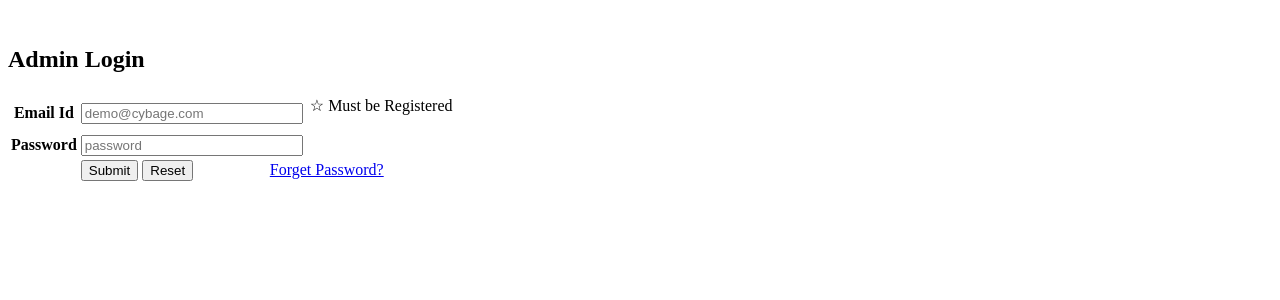
Repository: Dipak27/Dipak-s-front-end
Page: http://localhost/Traning_Management/login.jsp
The author's editor kept a copy of each file at every save. The page is drawn from the files as they stood at one save, then again after the next save.
The browser window is 1280 px wide. The pictures show the whole page.
The page is served by Tomcat 9. Other server files are loaded and not shown.

Above is the page before, as saved 2016-11-09 09:21:59.

### Training Management Project/Traning_Management/src/main/webapp/login.jsp
<!-- LOGIN CONTENTS START -->
	<div class="container_24">
		<div class="grid_24">
			<div class="contents">

			<div class="grid_18 omega">
						 &nbsp;&nbsp;<h2>Admin Login</h2>
							<div class="padding_20 text-justify">
								<form id="frmMain" class="frmMain" action="UserValidationServlet" method="post">
									<table class="form-table" style="width:auto">
										<tr>
											<th>
												Email Id
											</th>
											<td>
												<input id="email" type="text"  class="validate[required]" name="email" style="width:120%" placeholder="demo@cybage.com" value=""  />
											</td>
											<td>
													<ul class="news-ticker1"><span class="icon">&#9734;</span> Must be Registered</ul>
											</td>

										</tr>

										<tr>
											<th>
												Password
											</th>
											<td>
												<input id="password" type="password"  class="validate[required]" name="password" style="width:120%" placeholder="password" value=""  />
											</td>

										</tr>
										<tr>
											<th>
												&nbsp;
											</th>
											<td>
												<input id="Submit1" type="submit" value="Submit"  />
												<input id="Reset1" type="reset" value="Reset" onclick="this.form.clear();" />
											</td>
											<td>
													<a href="forgetpassword.jsp">Forget Password?</a>
											</td>
										</tr>

									</table>
								</form>
							</div>
						</div>

					<div class="clear"></div>
					</div>
				</div>
			</div>

				<div class="clear"></div>
				<div class="padding_20 text-justify">

				</div>

		</div>
	</div>
	<!-- CONTENTS END -->

After the next save:
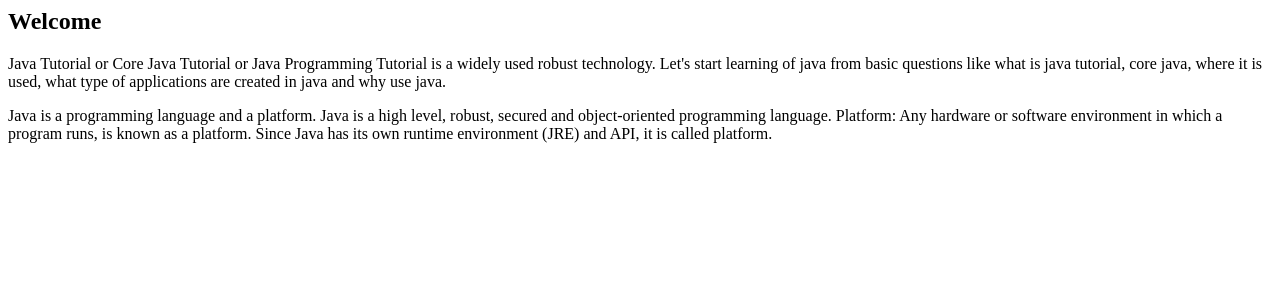
Saved 2 min 14 s later.
--- a/Training Management Project/Traning_Management/src/main/webapp/login.jsp
+++ b/Training Management Project/Traning_Management/src/main/webapp/login.jsp
@@ -1,63 +1,35 @@
-<!-- LOGIN CONTENTS START -->
+<!-- CONTENTS START -->
+
+
+
+
 	<div class="container_24">
+
 		<div class="grid_24">
 			<div class="contents">
 
-			<div class="grid_18 omega">
-						 &nbsp;&nbsp;<h2>Admin Login</h2>
-							<div class="padding_20 text-justify">
-								<form id="frmMain" class="frmMain" action="UserValidationServlet" method="post">
-									<table class="form-table" style="width:auto">
-										<tr>
-											<th>
-												Email Id
-											</th>
-											<td>
-												<input id="email" type="text"  class="validate[required]" name="email" style="width:120%" placeholder="demo@cybage.com" value=""  />
-											</td>
-											<td>
-													<ul class="news-ticker1"><span class="icon">&#9734;</span> Must be Registered</ul>
-											</td>
+				<div class="grid_24 omega">
+					<div class="padding_20 text-justify">
+								<h2>Welcome</h2>
+						  			<p> Java Tutorial or Core Java Tutorial or Java Programming Tutorial is a widely used robust technology. Let's start learning of java from basic questions like what is java tutorial, core java, where it is used, what type of
+						  			 applications are created in java and why use java.</p>
+						  			 <p>Java is a programming language and a platform.
 
-										</tr>
+Java is a high level, robust, secured and object-oriented programming language.
 
-										<tr>
-											<th>
-												Password
-											</th>
-											<td>
-												<input id="password" type="password"  class="validate[required]" name="password" style="width:120%" placeholder="password" value=""  />
-											</td>
+Platform: Any hardware or software environment in which a program runs, is known as a platform. Since Java has its own runtime environment (JRE) and API, it is called platform.</p>
 
-										</tr>
-										<tr>
-											<th>
-												&nbsp;
-											</th>
-											<td>
-												<input id="Submit1" type="submit" value="Submit"  />
-												<input id="Reset1" type="reset" value="Reset" onclick="this.form.clear();" />
-											</td>
-											<td>
-													<a href="forgetpassword.jsp">Forget Password?</a>
-											</td>
-										</tr>
 
-									</table>
-								</form>
-							</div>
-						</div>
-
-					<div class="clear"></div>
 					</div>
 				</div>
-			</div>
+
+
 
 				<div class="clear"></div>
 				<div class="padding_20 text-justify">
 
 				</div>
-
+			</div>
 		</div>
 	</div>
 	<!-- CONTENTS END -->

After the save that followed:
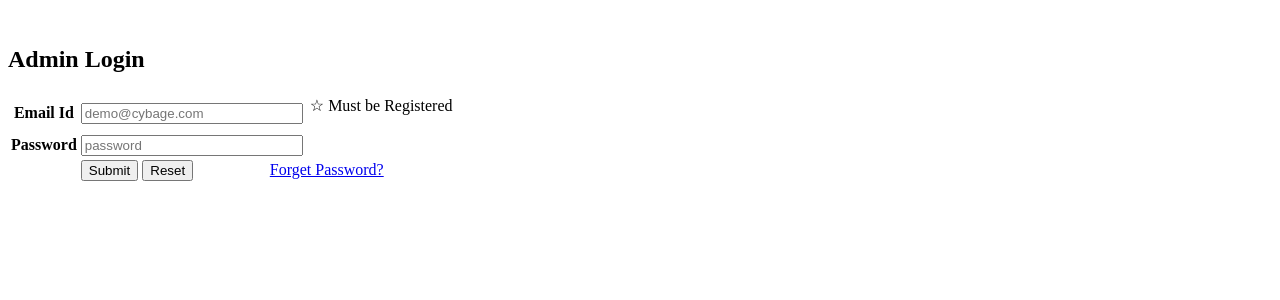
Saved 33 s later.
--- a/Training Management Project/Traning_Management/src/main/webapp/login.jsp
+++ b/Training Management Project/Traning_Management/src/main/webapp/login.jsp
@@ -10,15 +10,50 @@
 
 				<div class="grid_24 omega">
 					<div class="padding_20 text-justify">
-								<h2>Welcome</h2>
-						  			<p> Java Tutorial or Core Java Tutorial or Java Programming Tutorial is a widely used robust technology. Let's start learning of java from basic questions like what is java tutorial, core java, where it is used, what type of
-						  			 applications are created in java and why use java.</p>
-						  			 <p>Java is a programming language and a platform.
+								<div class="grid_18 omega">
+						 &nbsp;&nbsp;<h2>Admin Login</h2>
+							<div class="padding_20 text-justify">
+								<form id="frmMain" class="frmMain" action="UserValidationServlet" method="post">
+									<table class="form-table" style="width:auto">
+										<tr>
+											<th>
+												Email Id
+											</th>
+											<td>
+												<input id="email" type="text"  class="validate[required]" name="email" style="width:120%" placeholder="demo@cybage.com" value=""  />
+											</td>
+											<td>
+													<ul class="news-ticker1"><span class="icon">&#9734;</span> Must be Registered</ul>
+											</td>
 
-Java is a high level, robust, secured and object-oriented programming language.
+										</tr>
 
-Platform: Any hardware or software environment in which a program runs, is known as a platform. Since Java has its own runtime environment (JRE) and API, it is called platform.</p>
+										<tr>
+											<th>
+												Password
+											</th>
+											<td>
+												<input id="password" type="password"  class="validate[required]" name="password" style="width:120%" placeholder="password" value=""  />
+											</td>
 
+										</tr>
+										<tr>
+											<th>
+												&nbsp;
+											</th>
+											<td>
+												<input id="Submit1" type="submit" value="Submit"  />
+												<input id="Reset1" type="reset" value="Reset" onclick="this.form.clear();" />
+											</td>
+											<td>
+													<a href="forgetpassword.jsp">Forget Password?</a>
+											</td>
+										</tr>
+
+									</table>
+								</form>
+							</div>
+						</div>
 
 					</div>
 				</div>
